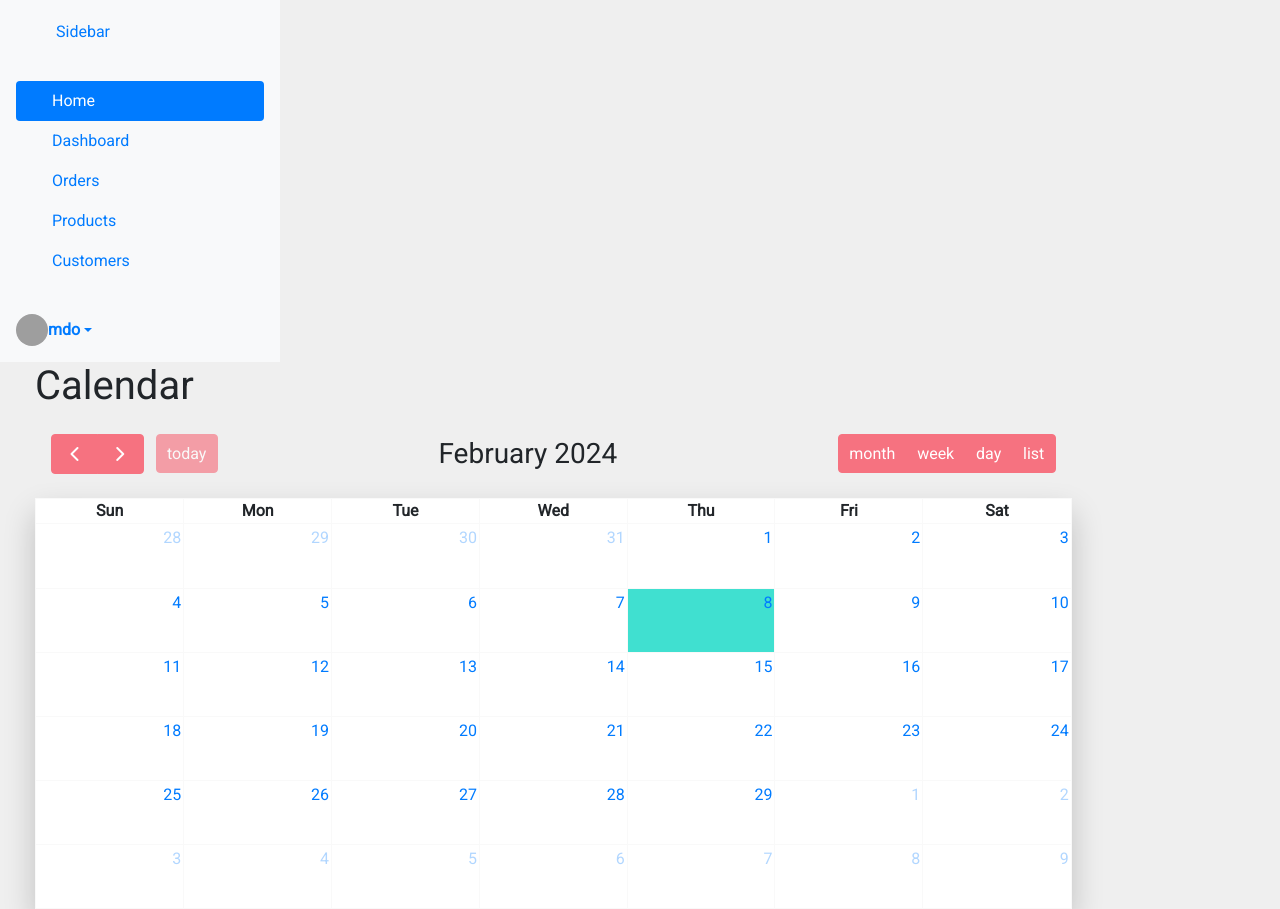
Repository: marios-petrov/NuPath
Page: softwareengineering1/calendarapp/templates/dataTest.html
The author's editor kept a copy of each file at every save. The page is drawn from the files as they stood at one save, then again after the next save.
The browser window is 1280 px wide. The pictures show the whole page.
Pictures or frames that could not be fetched are drawn as grey boxes. The template is drawn by Django 5.2. The application's start-up code is not run. The template is opened directly, without the code that normally fills it, so the values that code supplies are empty.

Above is the page before, as saved 2024-02-21 19:38:25.

After the next save:
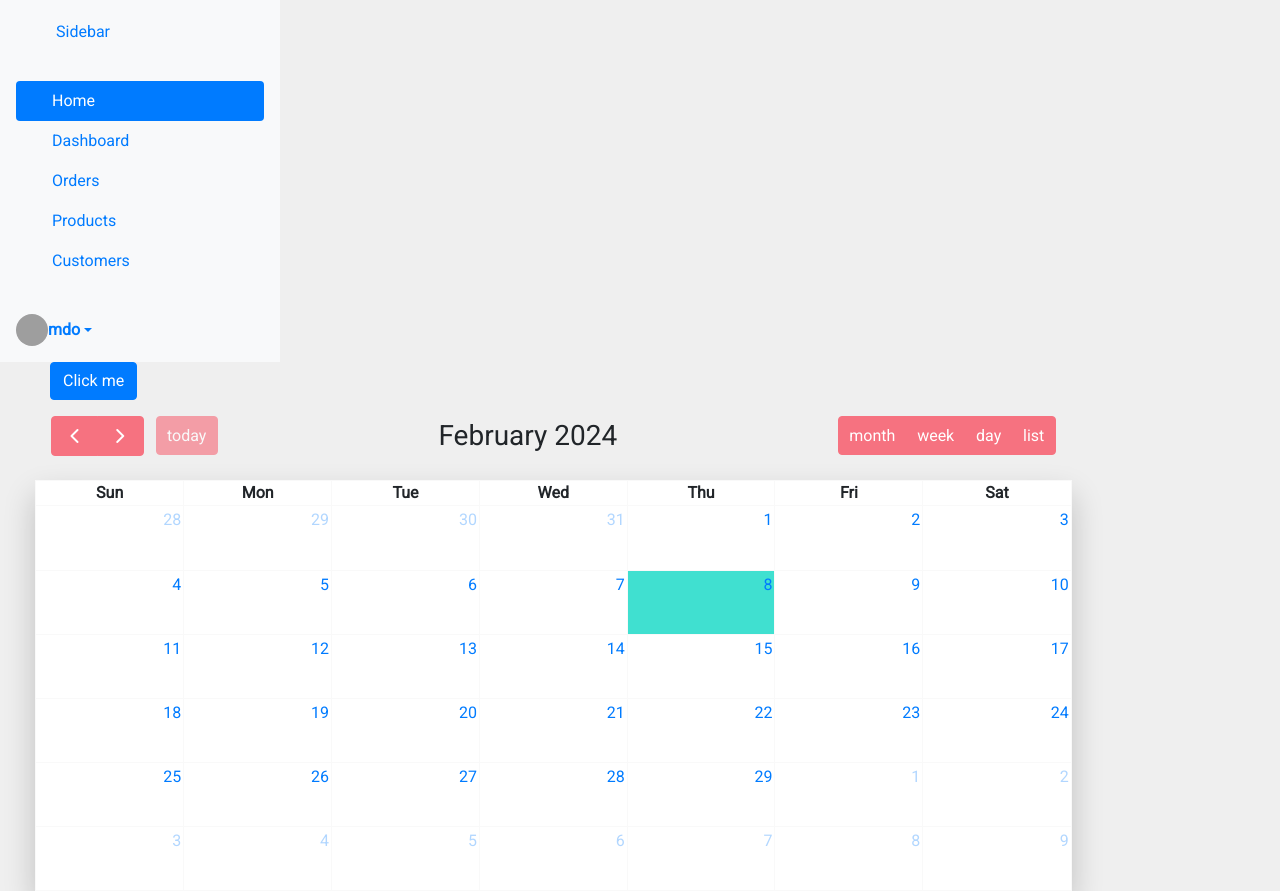
Saved 60 s later.
--- a/softwareengineering1/calendarapp/templates/dataTest.html
+++ b/softwareengineering1/calendarapp/templates/dataTest.html
@@ -7,7 +7,10 @@
 {%load static %}
 
 <div id='calendar-container' class='col-10'>
-    <h1>Calendar</h1>
+<div class="col-2">
+    <button class="btn btn-primary">Click me</button>
+</div>
+
     <div id='calendar'></div>
 </div>
 
